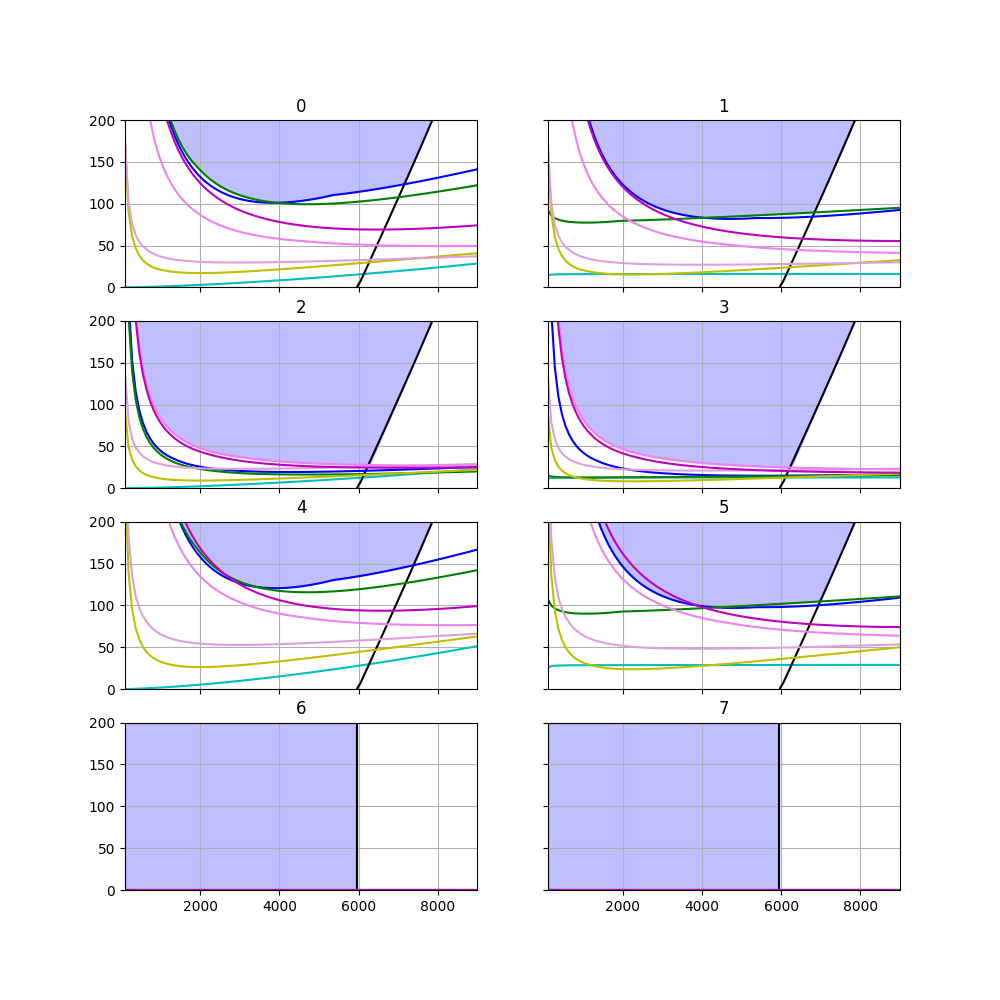
Repository: 12libao/DEA
Script's output: python Sizing_Method/ConstrainsAnalysis/ConstrainsAnalysisPDP1P2.py
An editor plug-in stored every save of this project. The script's output is shown before and after the next save, followed by the edit.
Random numbers start from a fixed seed.

Above is the script's output before, as saved 2021-07-12 15:58:51.

### Sizing_Method/ConstrainsAnalysis/ConstrainsAnalysisPDP1P2.py
# author: Bao Li #
# Georgia Institute of Technology #
import sys
import os

sys.path.insert(0, os.getcwd())

import numpy as np
import matplotlib.pylab as plt
import Sizing_Method.Other.US_Standard_Atmosphere_1976 as atm
import Sizing_Method.Aerodynamics.ThrustLapse as thrust_lapse
import Sizing_Method.Aerodynamics.Aerodynamics as ad
import Sizing_Method.ConstrainsAnalysis.ConstrainsAnalysis as ca
import Sizing_Method.ConstrainsAnalysis.ConstrainsAnalysisPD as ca_pd


"""
The unit use is IS standard
"""


class ConstrainsAnalysis_Mattingly_Method_with_DP_turbofun:
    """This is a power-based master constraints analysis"""

    def __init__(self, altitude, velocity, beta, wing_load, Hp=0.5, number_of_motor=12, C_DR=0):
        """

        :param beta: weight fraction
        :param Hp: P_motor/P_total
        :param n: number of motor
        :param K1: drag polar coefficient for 2nd order term
        :param K2: drag polar coefficient for 1st order term
        :param C_D0: the drag coefficient at zero lift
        :param C_DR: additional drag caused, for example, by external stores,
        braking parachutes or flaps, or temporary external hardware

        :return:
            power load: P_WTO
        """

        self.h = altitude
        self.v = velocity
        self.rho = atm.atmosphere(geometric_altitude=self.h).density()

        self.beta = beta
        self.hp = 1 - Hp
        self.n = number_of_motor

        # power lapse ratio
        self.alpha = thrust_lapse.thrust_lapse_calculation(altitude=self.h,
                                                           velocity=self.v).high_bypass_ratio_turbofan()

        self.k1 = ad.aerodynamics_without_pd(self.h, self.v).K1()
        self.k2 = ad.aerodynamics_without_pd(self.h, self.v).K2()
        self.cd0 = ad.aerodynamics_without_pd(self.h, self.v).CD_0()
        self.cdr = C_DR

        self.w_s = wing_load
        self.g0 = 9.80665

        self.coefficient = self.beta * self.v / self.alpha

        # Estimation of ΔCL and ΔCD
        pd = ad.aerodynamics_with_pd(
            self.h, self.v, Hp=self.hp, n=n, W_S=self.w_s)
        self.q = 0.5 * self.rho * self.v ** 2
        self.cl = self.beta * self.w_s / self.q
        # print(self.cl)
        self.delta_cl = pd.delta_lift_coefficient(self.cl)
        self.delta_cd0 = pd.delta_CD_0()

    def master_equation(self, n, dh_dt, dV_dt):
        cl = self.cl * n + self.delta_cl

        cd = self.k1 * cl ** 2 + self.k2 * cl + self.cd0 + self.cdr + self.delta_cd0
        p_w = self.coefficient * \
            (self.q / (self.beta * self.w_s) *
             cd + dh_dt / self.v + dV_dt / self.g0)
        return p_w

    def cruise(self):
        p_w = ConstrainsAnalysis_Mattingly_Method_with_DP_turbofun.master_equation(
            self, n=1, dh_dt=0, dV_dt=0)
        return p_w

    def climb(self, roc):
        p_w = ConstrainsAnalysis_Mattingly_Method_with_DP_turbofun.master_equation(
            self, n=1, dh_dt=roc, dV_dt=0)
        return p_w

    def level_turn(self, turn_rate=3, v=100):
        """
        assume 2 min for 360 degree turn, which is 3 degree/seconds
        assume turn at 300 knots, which is about 150 m/s
        """
        load_factor = (1 + ((turn_rate * np.pi / 180)
                       * v / self.g0) ** 2) ** 0.5
        p_w = ConstrainsAnalysis_Mattingly_Method_with_DP_turbofun.master_equation(
            self, n=load_factor, dh_dt=0, dV_dt=0)
        return p_w

    def take_off(self):
        """
        A320neo take-off speed is about 150 knots, which is about 75 m/s
        required runway length is about 2000 m
        K_TO is a constant greater than one set to 1.2 (generally specified by appropriate flying regulations)
        """
        Cl_max_to = 2.3  # 2.3
        K_TO = 1.2  # V_TO / V_stall
        s_G = 1266
        p_w = 2 / 3 * self.coefficient / self.v * self.beta * K_TO ** 2 / (
            s_G * self.rho * self.g0 * Cl_max_to) * self.w_s ** (
            3 / 2)
        return p_w

    def stall_speed(self, V_stall_to=65, Cl_max_to=2.3):
        V_stall_ld = 62

        Cl_max_ld = 2.87

        W_S_1 = 1 / 2 * self.rho * V_stall_to ** 2 * \
            (Cl_max_to + self.delta_cl)
        W_S_2 = 1 / 2 * self.rho * V_stall_ld ** 2 * \
            (Cl_max_ld + self.delta_cl)

        W_S = min(W_S_1, W_S_2)
        return W_S

    def service_ceiling(self, roc=0.5):
        p_w = ConstrainsAnalysis_Mattingly_Method_with_DP_turbofun.master_equation(
            self, n=1, dh_dt=roc, dV_dt=0)
        return p_w

    allFuncs = [take_off, stall_speed, cruise,
                service_ceiling, level_turn, climb]


class ConstrainsAnalysis_Mattingly_Method_with_DP_electric:
    """This is a power-based master constraints analysis

    the difference between turbofun and electric for constrains analysis:
    1. assume the thrust_lapse = 1 for electric propution
    2. hp = 1 - hp_turbofun
    """

    def __init__(self, altitude, velocity, beta, wing_load, Hp=0.5, number_of_motor=12, C_DR=0):
        """

        :param beta: weight fraction
        :param Hp: P_motor/P_total
        :param n: number of motor
        :param K1: drag polar coefficient for 2nd order term
        :param K2: drag polar coefficient for 1st order term
        :param C_D0: the drag coefficient at zero lift
        :param C_DR: additional drag caused, for example, by external stores,
        braking parachutes or flaps, or temporary external hardware

        :return:
            power load: P_WTO
        """

        self.h = altitude
        self.v = velocity
        self.rho = atm.atmosphere(geometric_altitude=self.h).density()

        self.beta = beta
        self.hp = Hp  # this is the difference part compare with turbofun
        self.n = number_of_motor

        # power lapse ratio
        self.alpha = 1  # this is the difference part compare with turbofun

        self.k1 = ad.aerodynamics_without_pd(self.h, self.v).K1()
        self.k2 = ad.aerodynamics_without_pd(self.h, self.v).K2()
        self.cd0 = ad.aerodynamics_without_pd(self.h, self.v).CD_0()
        self.cdr = C_DR

        self.w_s = wing_load
        self.g0 = 9.80665

        self.coefficient = self.beta * self.v / self.alpha

        # Estimation of ΔCL and ΔCD
        pd = ad.aerodynamics_with_pd(
            self.h, self.v, Hp=self.hp, n=n, W_S=self.w_s)
        self.q = 0.5 * self.rho * self.v ** 2
        self.cl = self.beta * self.w_s / self.q
        # print(self.cl)
        self.delta_cl = pd.delta_lift_coefficient(self.cl)
        self.delta_cd0 = pd.delta_CD_0()

    def master_equation(self, n, dh_dt, dV_dt):
        cl = self.cl * n + self.delta_cl

        cd = self.k1 * cl ** 2 + self.k2 * cl + self.cd0 + self.cdr + self.delta_cd0
        p_w = self.coefficient * \
            (self.q / (self.beta * self.w_s) *
             cd + dh_dt / self.v + dV_dt / self.g0)
        return p_w

    def cruise(self):
        p_w = ConstrainsAnalysis_Mattingly_Method_with_DP_electric.master_equation(
            self, n=1, dh_dt=0, dV_dt=0)
        return p_w

    def climb(self, roc):
        p_w = ConstrainsAnalysis_Mattingly_Method_with_DP_electric.master_equation(
            self, n=1, dh_dt=roc, dV_dt=0)
        return p_w

    def level_turn(self, turn_rate=3, v=100):
        """
        assume 2 min for 360 degree turn, which is 3 degree/seconds
        assume turn at 300 knots, which is about 150 m/s
        """
        load_factor = (1 + ((turn_rate * np.pi / 180)
                       * v / self.g0) ** 2) ** 0.5
        p_w = ConstrainsAnalysis_Mattingly_Method_with_DP_electric.master_equation(
            self, n=load_factor, dh_dt=0, dV_dt=0)
        return p_w

    def take_off(self):
        """
        A320neo take-off speed is about 150 knots, which is about 75 m/s
        required runway length is about 2000 m
        K_TO is a constant greater than one set to 1.2 (generally specified by appropriate flying regulations)
        """
        Cl_max_to = 2.3  # 2.3
        K_TO = 1.2  # V_TO / V_stall
        s_G = 1266
        p_w = 2 / 3 * self.coefficient / self.v * self.beta * K_TO ** 2 / (
            s_G * self.rho * self.g0 * Cl_max_to) * self.w_s ** (
            3 / 2)
        return p_w

    def stall_speed(self, V_stall_to=65, Cl_max_to=2.3):
        V_stall_ld = 62

        Cl_max_ld = 2.87

        W_S_1 = 1 / 2 * self.rho * V_stall_to ** 2 * \
            (Cl_max_to + self.delta_cl)
        W_S_2 = 1 / 2 * self.rho * V_stall_ld ** 2 * \
            (Cl_max_ld + self.delta_cl)

        W_S = min(W_S_1, W_S_2)
        return W_S

    def service_ceiling(self, roc=0.5):
        p_w = ConstrainsAnalysis_Mattingly_Method_with_DP_electric.master_equation(
            self, n=1, dh_dt=roc, dV_dt=0)
        return p_w

    allFuncs = [take_off, stall_speed, cruise,
                service_ceiling, level_turn, climb]


class ConstrainsAnalysis_Gudmundsson_Method_with_DP_turbofun:
    """This is a power-based master constraints analysis based on Gudmundsson_method"""

    def __init__(self, altitude, velocity, beta, wing_load, Hp=0.5, number_of_motor=12, e=0.75, AR=10.3):
        """

        :param beta: weight fraction
        :param e: wing planform efficiency factor is between 0.75 and 0.85, no more than 1
        :param AR: wing aspect ratio, normally between 7 and 10

        :return:
            power load: P_WTO
        """

        self.h = altitude
        self.v = velocity
        self.beta = beta
        self.w_s = wing_load
        self.g0 = 9.80665

        self.beta = beta
        self.hp = 1 - Hp
        self.n = number_of_motor

        self.rho = atm.atmosphere(geometric_altitude=self.h).density()

        # power lapse ratio
        self.alpha = thrust_lapse.thrust_lapse_calculation(altitude=self.h,
                                                           velocity=self.v).high_bypass_ratio_turbofan()
        h = 2.43  # height of winglets
        b = 35.8
        # equation 9-88, If the wing has winglets the aspect ratio should be corrected
        ar_corr = AR * (1 + 1.9 * h / b)
        self.k = 1 / (np.pi * ar_corr * e)
        self.coefficient = self.beta * self.v / self.alpha

        # Estimation of ΔCL and ΔCD
        pd = ad.aerodynamics_with_pd(
            self.h, self.v, Hp=self.hp, n=n, W_S=self.w_s)
        self.q = 0.5 * self.rho * self.v ** 2
        cl = self.beta * self.w_s / self.q
        self.delta_cl = pd.delta_lift_coefficient(cl)
        self.delta_cd0 = pd.delta_CD_0()

        # TABLE 3-1 Typical Aerodynamic Characteristics of Selected Classes of Aircraft
        cd_min = 0.02
        cd_to = 0.03
        cl_to = 0.8

        self.v_to = 68
        self.s_g = 1480
        self.mu = 0.04

        self.cd_min = cd_min + self.delta_cd0
        self.cl = cl + self.delta_cl

        self.cd_to = cd_to + self.delta_cd0
        self.cl_to = cl_to + self.delta_cl

    def cruise(self):
        p_w = self.q / self.w_s * (self.cd_min + self.k * self.cl ** 2)
        return p_w * self.coefficient

    def climb(self, roc):
        p_w = roc / self.v + self.q * self.cd_min / self.w_s + self.k * self.cl
        return p_w * self.coefficient

    def level_turn(self, turn_rate=3, v=100):
        """
        assume 2 min for 360 degree turn, which is 3 degree/seconds
        assume turn at 100 m/s
        """
        load_factor = (1 + ((turn_rate * np.pi / 180)
                       * v / self.g0) ** 2) ** 0.5
        q = 0.5 * self.rho * v ** 2
        p_w = q / self.w_s * (self.cd_min + self.k *
                              (load_factor / q * self.w_s + self.delta_cl) ** 2)
        return p_w * self.coefficient

    def take_off(self):
        q = self.q / 2
        p_w = self.v_to ** 2 / (2 * self.g0 * self.s_g) + q * self.cd_to / self.w_s + self.mu * (
            1 - q * self.cl_to / self.w_s)
        return p_w * self.coefficient

    def service_ceiling(self, roc=0.5):
        vy = (2 / self.rho * self.w_s *
              (self.k / (3 * self.cd_min)) ** 0.5) ** 0.5
        q = 0.5 * self.rho * vy ** 2
        p_w = roc / vy + q / self.w_s * \
            (self.cd_min + self.k * (self.w_s / q + self.delta_cl) ** 2)
        # p_w = roc / (2 / self.rho * self.w_s * (self.k / (3 * self.cd_min)) ** 0.5) ** 0.5 + 4 * (
        #         self.k * self.cd_min / 3) ** 0.5
        return p_w * self.coefficient

    def stall_speed(self, V_stall_to=65, Cl_max_to=2.3):
        V_stall_ld = 62

        Cl_max_ld = 2.87

        W_S_1 = 1 / 2 * self.rho * V_stall_to ** 2 * \
            (Cl_max_to + self.delta_cl)
        W_S_2 = 1 / 2 * self.rho * V_stall_ld ** 2 * \
            (Cl_max_ld + self.delta_cl)

        W_S = min(W_S_1, W_S_2)
        return W_S

    allFuncs = [take_off, stall_speed, cruise,
                service_ceiling, level_turn, climb]


class ConstrainsAnalysis_Gudmundsson_Method_with_DP_electric:
    """This is a power-based master constraints analysis based on Gudmundsson_method

    the difference between turbofun and electric for constrains analysis:
    1. assume the thrust_lapse = 1 for electric propution
    2. hp = 1 - hp_turbofun
    """

    def __init__(self, altitude, velocity, beta, wing_load, Hp=0.5, number_of_motor=12, e=0.75, AR=10.3):
        """

        :param beta: weight fraction
        :param e: wing planform efficiency factor is between 0.75 and 0.85, no more than 1
        :param AR: wing aspect ratio, normally between 7 and 10

        :return:
            power load: P_WTO
        """

        self.h = altitude
        self.v = velocity
        self.beta = beta
        self.w_s = wing_load
        self.g0 = 9.80665

        self.beta = beta
        self.hp = Hp  # this is the difference part compare with turbofun
        self.n = number_of_motor

        self.rho = atm.atmosphere(geometric_altitude=self.h).density()

        # power lapse ratio
        self.alpha = 1  # this is the difference part compare with turbofun

        h = 2.43  # height of winglets
        b = 35.8
        # equation 9-88, If the wing has winglets the aspect ratio should be corrected
        ar_corr = AR * (1 + 1.9 * h / b)
        self.k = 1 / (np.pi * ar_corr * e)
        self.coefficient = self.beta * self.v / self.alpha

        # Estimation of ΔCL and ΔCD
        pd = ad.aerodynamics_with_pd(
            self.h, self.v, Hp=self.hp, n=n, W_S=self.w_s)
        self.q = 0.5 * self.rho * self.v ** 2
        cl = self.beta * self.w_s / self.q
        self.delta_cl = pd.delta_lift_coefficient(cl)
        self.delta_cd0 = pd.delta_CD_0()

        # TABLE 3-1 Typical Aerodynamic Characteristics of Selected Classes of Aircraft
        cd_min = 0.02
        cd_to = 0.03
        cl_to = 0.8

        self.v_to = 68
        self.s_g = 1480
        self.mu = 0.04

        self.cd_min = cd_min + self.delta_cd0
        self.cl = cl + self.delta_cl

        self.cd_to = cd_to + self.delta_cd0
        self.cl_to = cl_to + self.delta_cl

    def cruise(self):
        p_w = self.q / self.w_s * (self.cd_min + self.k * self.cl ** 2)
        return p_w * self.coefficient

    def climb(self, roc):
        p_w = roc / self.v + self.q * self.cd_min / self.w_s + self.k * self.cl
        return p_w * self.coefficient

    def level_turn(self, turn_rate=3, v=100):
        """
        assume 2 min for 360 degree turn, which is 3 degree/seconds
        assume turn at 100 m/s
        """
        load_factor = (1 + ((turn_rate * np.pi / 180)
                       * v / self.g0) ** 2) ** 0.5
        q = 0.5 * self.rho * v ** 2
        p_w = q / self.w_s * (self.cd_min + self.k *
                              (load_factor / q * self.w_s + self.delta_cl) ** 2)
        return p_w * self.coefficient

    def take_off(self):
        q = self.q / 2
        p_w = self.v_to ** 2 / (2 * self.g0 * self.s_g) + q * self.cd_to / self.w_s + self.mu * (
            1 - q * self.cl_to / self.w_s)
        return p_w * self.coefficient

    def service_ceiling(self, roc=0.5):
        vy = (2 / self.rho * self.w_s *
              (self.k / (3 * self.cd_min)) ** 0.5) ** 0.5
        q = 0.5 * self.rho * vy ** 2
        p_w = roc / vy + q / self.w_s * \
            (self.cd_min + self.k * (self.w_s / q + self.delta_cl) ** 2)
        # p_w = roc / (2 / self.rho * self.w_s * (self.k / (3 * self.cd_min)) ** 0.5) ** 0.5 + 4 * (
        #         self.k * self.cd_min / 3) ** 0.5
        return p_w * self.coefficient

    def stall_speed(self, V_stall_to=65, Cl_max_to=2.3):
        V_stall_ld = 62

        Cl_max_ld = 2.87

        W_S_1 = 1 / 2 * self.rho * V_stall_to ** 2 * \
            (Cl_max_to + self.delta_cl)
        W_S_2 = 1 / 2 * self.rho * V_stall_ld ** 2 * \
            (Cl_max_ld + self.delta_cl)
        W_S = min(W_S_1, W_S_2)
        return W_S

    allFuncs = [take_off, stall_speed, cruise,
                service_ceiling, level_turn, climb]

if __name__ == "__main__":
    n = 100
    w_s = np.linspace(100, 9000, n)
    constrains_name = ['take off', 'stall speed', 'cruise', 'service ceiling', 'level turn @3000m',
                       'climb @S-L', 'climb @3000m', 'climb @7000m']
    constrains = np.array([[0, 68, 0.988, 0.5], [0, 80, 1, 0.5], [11300, 230, 0.948, 0.8],
                           [11900, 230, 0.78, 0.5], [3000, 100, 0.984, 0.8], [0, 100, 0.984, 0.5],
                           [3000, 200, 0.975, 0.6], [7000, 230, 0.96, 0.8]])
    color = ['c', 'k', 'b', 'g', 'y', 'plum', 'violet', 'm']
    label = ['feasible region with PD', 'feasible region with PD', 'feasible region Gudmundsson',
             'feasible region without PD', 'feasible region without PD', 'feasible region Mattingly']
    methods = [ConstrainsAnalysis_Mattingly_Method_with_DP_turbofun,
               ConstrainsAnalysis_Gudmundsson_Method_with_DP_turbofun,
               ConstrainsAnalysis_Mattingly_Method_with_DP_electric,
               ConstrainsAnalysis_Gudmundsson_Method_with_DP_electric,
               ConstrainsAnalysis_Mattingly_Method_with_DP_turbofun,
               ConstrainsAnalysis_Gudmundsson_Method_with_DP_turbofun,
               ca_pd.ConstrainsAnalysis_Mattingly_Method_with_DP,
               ca_pd.ConstrainsAnalysis_Gudmundsson_Method_with_DP]
    subtitle = ["0", "1",'2','3','4','5','6','7']
    m = constrains.shape[0]
    p_w = np.zeros([m, n, 8])

    # plots
    fig, ax = plt.subplots(4, 2, sharex=True, sharey=True, figsize=(10, 10))
    ax = ax.flatten()
    for k in range(8):
        for i in range(m):
            for j in range(n):
                h = constrains[i, 0]
                v = constrains[i, 1]
                beta = constrains[i, 2]
                hp = constrains[i, 3]

                # calculate p_w
                if k < 4:
                    problem = methods[k](h, v, beta, w_s[j], hp)
                    if i >= 5:
                        p_w[i, j, k] = problem.allFuncs[-1](problem, roc=15 - 5 * (i - 5))
                    else:
                        p_w[i, j, k] = problem.allFuncs[i](problem)
                elif k > 5:
                    problem = methods[k](h, v, beta, w_s[j], Hp=0)
                    if i >= 5:
                        p_w[i, j, k] = problem.allFuncs[-1](problem, roc=15 - 5 * (i - 5))
                    else:
                        p_w[i, j, k] = problem.allFuncs[i](problem)
                elif k == 4:
                    if i == 1:
                        problem = methods[k](h, v, beta, w_s[j], hp)
                        p_w[i, j, k] = problem.allFuncs[i](problem)
                    else:
                        p_w[i, j, k] = p_w[i, j, 0] + p_w[i, j, 2]
                else:
                    if i == 1:
                        problem = methods[k](h, v, beta, w_s[j], hp)
                        p_w[i, j, k] = problem.allFuncs[i](problem)
                    else:
                        p_w[i, j, k] = p_w[i, j, 1] + p_w[i, j, 3]

            if i == 1:
                ax[k].plot(p_w[i, :, k], np.linspace(0, 250, n), color=color[i], label=constrains_name[i])
            else:
                ax[k].plot(w_s, p_w[i, :, k], color=color[i], label=constrains_name[i])
        p_w[1, :, k] = 200 / (p_w[1, -1, k] - p_w[1, 20, k]) * (w_s - p_w[1, 2, k])
        ax[k].fill_between(w_s, np.amax(p_w[0:m - 1, :, k], axis=0), 200, color='b', alpha=0.25)
        # plt.xlabel('Wing Load: $W_{TO}$/S (N/${m^2}$)')
        # plt.ylabel('Power-to-Load: $P_{SL}$/$W_{TO}$ (W/N)')
        # ax[k].legend(bbox_to_anchor=(1.002, 1), loc="upper left")
        # plt.gca().add_artist(l1)
        ax[k].set_xlim(100, 9000)
        ax[k].set_ylim(0, 200)
        # plt.tight_layout()
        ax[k].set_title(subtitle[k])
        ax[k].grid()
    plt.show()

### Sizing_Method/Aerodynamics/ThrustLapse.py
# author: Bao Li #
# Georgia Institute of Technology #
"""reference

1. Mattingly, Jack D., William H. Heiser, and David T. Pratt. Aircraft engine design. American Institute of Aeronautics and Astronautics, 2002.
"""
import sys
import os

sys.path.insert(0, os.getcwd())

import numpy as np
import matplotlib.pylab as plt
import Sizing_Method.Other.US_Standard_Atmosphere_1976 as atm
import Sizing_Method.Aerodynamics.MachNmuber as Mach


class thrust_lapse_calculation:
    """Estimation for installation losses

    1. The following algebraic equations for installed engine thrust lapse
        are based on the expected performance of advanced engines
    """

    def __init__(self, altitude, velocity):
        """

        :input h (m): altitude
               v (m/s): velocity


        :output thrust_lapse (alpha): thrust lapse ratio
        """

        self.h = altitude
        self.v = velocity

        self.gamma = 1.4  # Ratio of Specific Heats: atmospheric air ( gamma = 1.4)
        self.atoms = atm.atmosphere(self.h)
        self.M = Mach.mach(self.h, self.v).mach_number()

        self.theta = self.atoms.dimensionless_static_temperature()  # dimensionless static temperature
        self.delta = self.atoms.dimensionless_static_pressure()  # dimensionless static pressure

        self.theta_0_break = 1.072  # The Theta Break: assume = 1.0 (from reference 1: Mattingly)
        self.TR = self.theta_0_break  # The Throttle Ratio (from Equation D.6 reference 1: Mattingly)

        self.theta_0 = self.theta * (1 + 0.5 * (self.gamma - 1) * self.M ** 2)
        self.delta_0 = self.delta * (1 + 0.5 * (self.gamma - 1) * self.M ** 2) ** (self.gamma / (self.gamma - 1))

    def high_bypass_ratio_turbofan(self):
        """the engine for A320neo is a high bypass ratio turbofan

        from Equation 2.53 reference 1: Mattingly
        """

        if self.theta_0 <= self.TR:
            thrust_lapse = self.delta_0 * (1 - 0.49 * self.M ** 0.5)
        else:
            thrust_lapse = self.delta_0 * (1 - 0.49 * self.M ** 0.5 - 3 * (self.theta_0 - self.TR) / (1.5 + self.M))

        return thrust_lapse


if __name__ == '__main__':
    nn = 100
    h = [0, 500, 3000, 6000, 9000, 12000]
    v = np.linspace(0, 340, nn)
    m = np.zeros([len(h), nn])
    thrust_lapse = np.zeros([len(h), nn])

    for i in range(len(h)):
        for j in range(nn):
            m[i, j] = Mach.mach(h[i], v[j]).mach_number()
            thrust_lapse[i, j] = thrust_lapse_calculation(h[i], v[j]).high_bypass_ratio_turbofan()

    plt.figure(figsize=(8, 6))

    for i in range(len(h)):
        plt.plot(m[i, :], thrust_lapse[i, :], label=h[i])

    plt.xlabel('Mach Number')
    plt.ylabel('Thrust Ratio, T/$T_{SL}$')
    plt.title('High Bypass Turbofan Thrust Ratio versus Mach Number \n'
              'Throttle Ratio = 1.072, ISA. \n'
              'Altitude unit: meter')
    plt.xlim(0, 1)
    plt.ylim(0, 1.2)
    plt.legend(loc=0)
    plt.grid()
    plt.show()

### Sizing_Method/Aerodynamics/MachNmuber.py
# author: Bao Li #
# Georgia Institute of Technology #
import sys
import os

sys.path.insert(0, os.getcwd())

import numpy as np
import matplotlib.pylab as plt
import Sizing_Method.Other.US_Standard_Atmosphere_1976 as atm


class mach:
    """Mach Number"""

    def __init__(self, altitude, velocity):
        """

        :input h (m): altitude
               v (m/s): velocity

        :output a: Mach number
        """
        self.h = altitude
        self.v = velocity
        self.atoms = atm.atmosphere(self.h)

    def mach_number(self):
        a = self.v / self.atoms.sound_speed()
        return a

Loaded but not shown: Sizing_Method/ConstrainsAnalysis/ConstrainsAnalysisPD.py (301 lines, source omitted); Sizing_Method/ConstrainsAnalysis/ConstrainsAnalysis.py (271 lines, source omitted); Sizing_Method/Aerodynamics/Aerodynamics.py (174 lines, source omitted); Sizing_Method/Other/US_Standard_Atmosphere_1976.py (166 lines, source omitted)

After the next save:
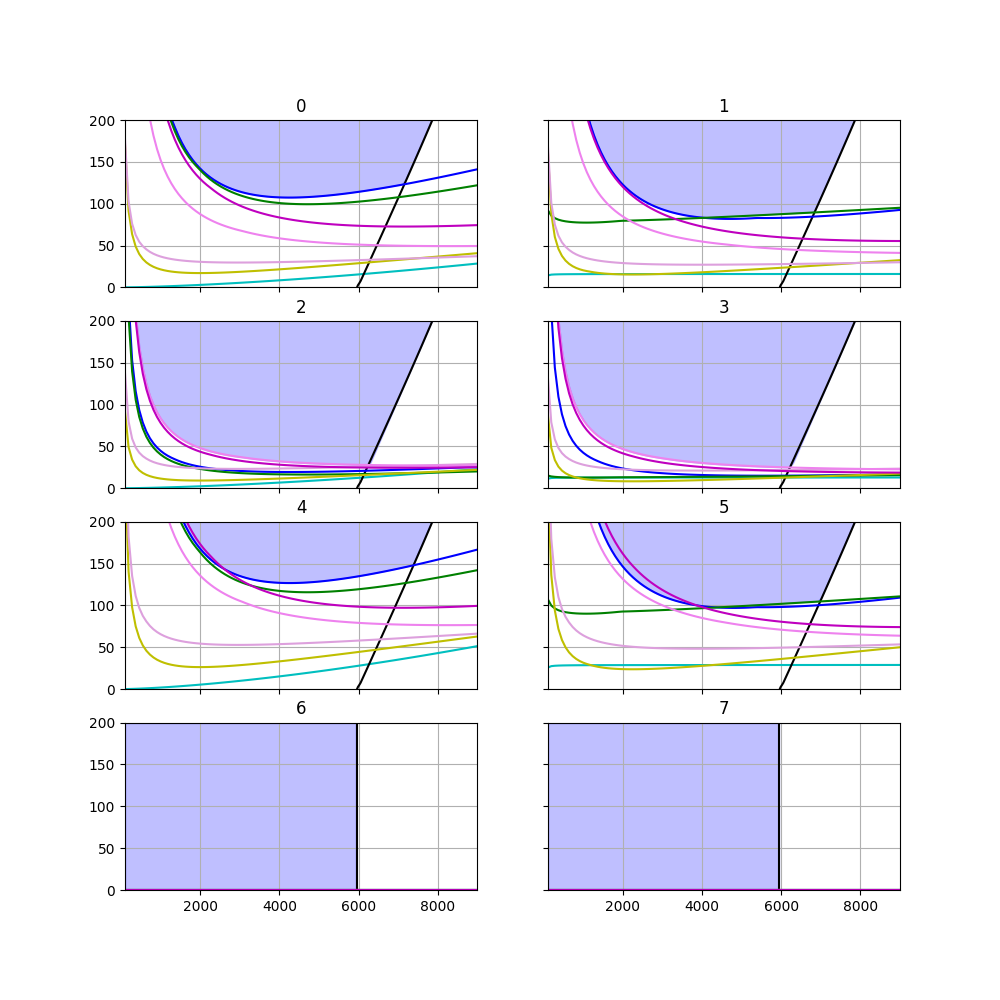
Saved 3 min 27 s later.
--- a/Sizing_Method/ConstrainsAnalysis/ConstrainsAnalysisPDP1P2.py
+++ b/Sizing_Method/ConstrainsAnalysis/ConstrainsAnalysisPDP1P2.py
@@ -43,7 +43,7 @@ class ConstrainsAnalysis_Mattingly_Method_with_DP_turbofun:
         self.rho = atm.atmosphere(geometric_altitude=self.h).density()
 
         self.beta = beta
-        self.hp = 1 - Hp
+        self.hp = Hp
         self.n = number_of_motor
 
         # power lapse ratio
